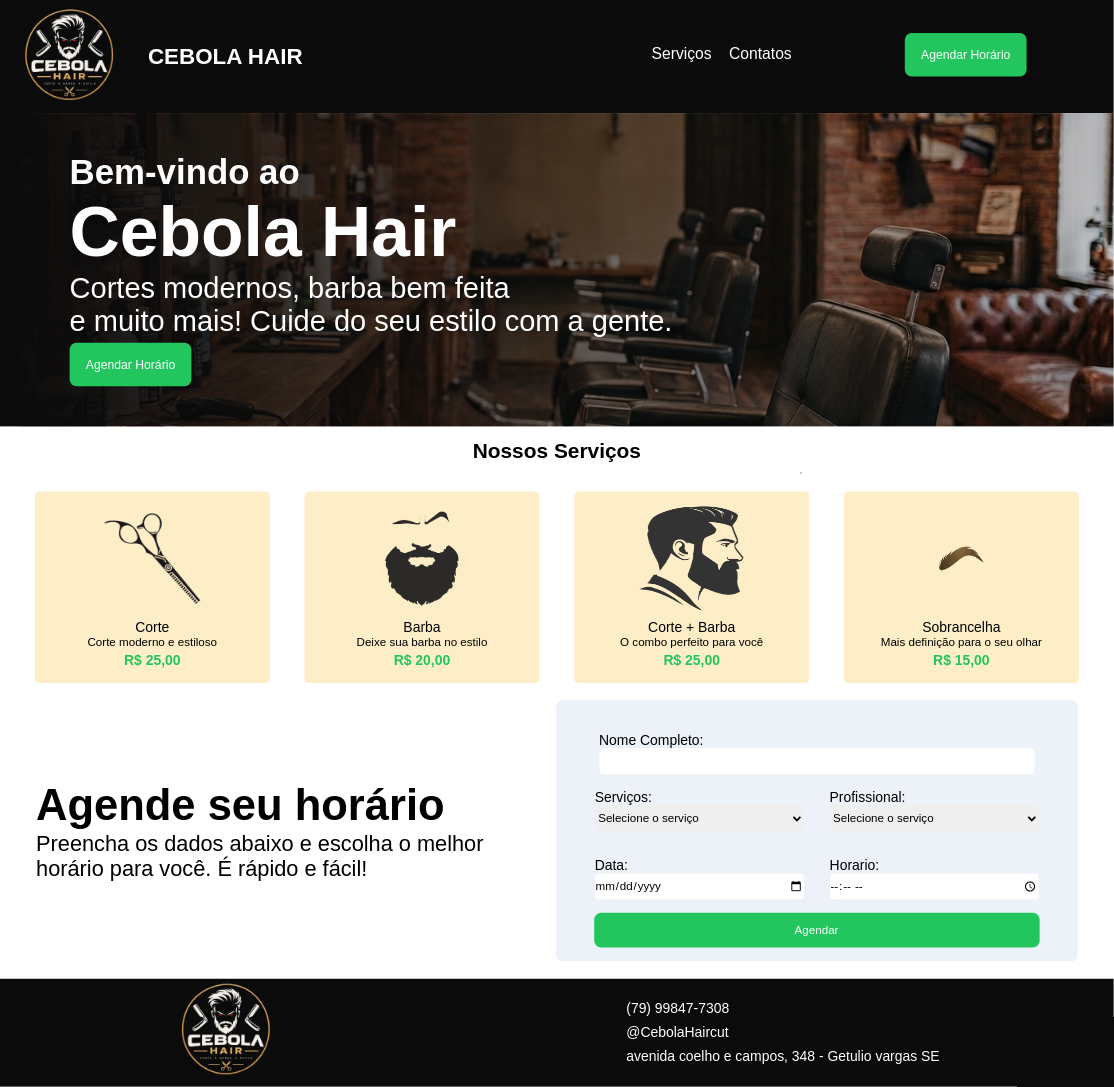
Repository: antonymsantana-design/final.activitie1
Page: index.html
An editor plug-in stored every save of this project. The page is shown before and after the next save, followed by the edit.
The browser window is 1280 px wide. The pictures show the whole page, at 87% of full size.

Above is the page before, as saved 2026-09-15 20:13:07.

After the next save:
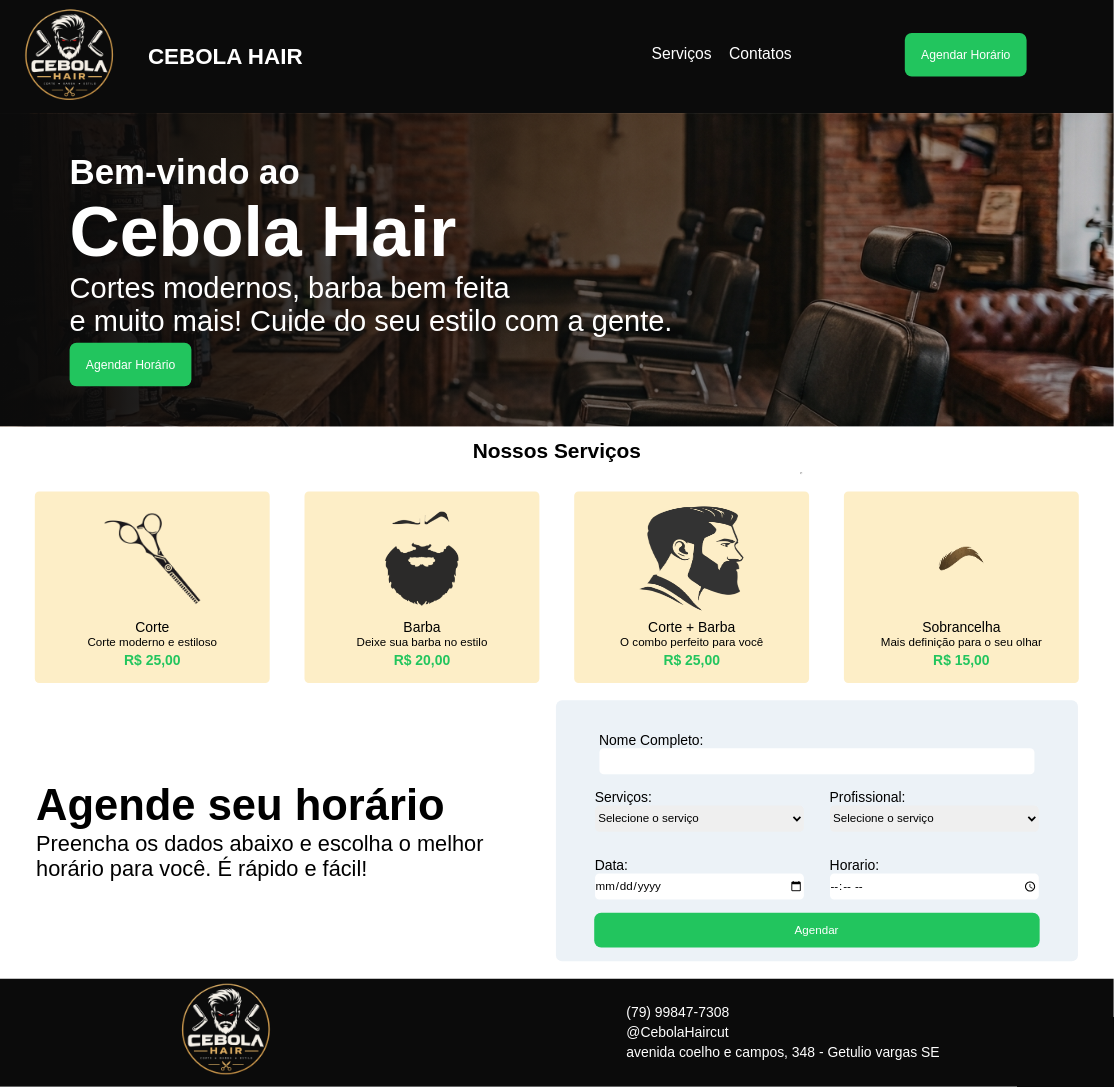
Saved 9 s later.
--- a/style.css
+++ b/style.css
@@ -209,7 +209,7 @@ footer{
 .esquerda{
     display: flex;
     flex-direction: column;
-    gap: 10px;
+    gap: 5px;
 }
 
 .formu{
